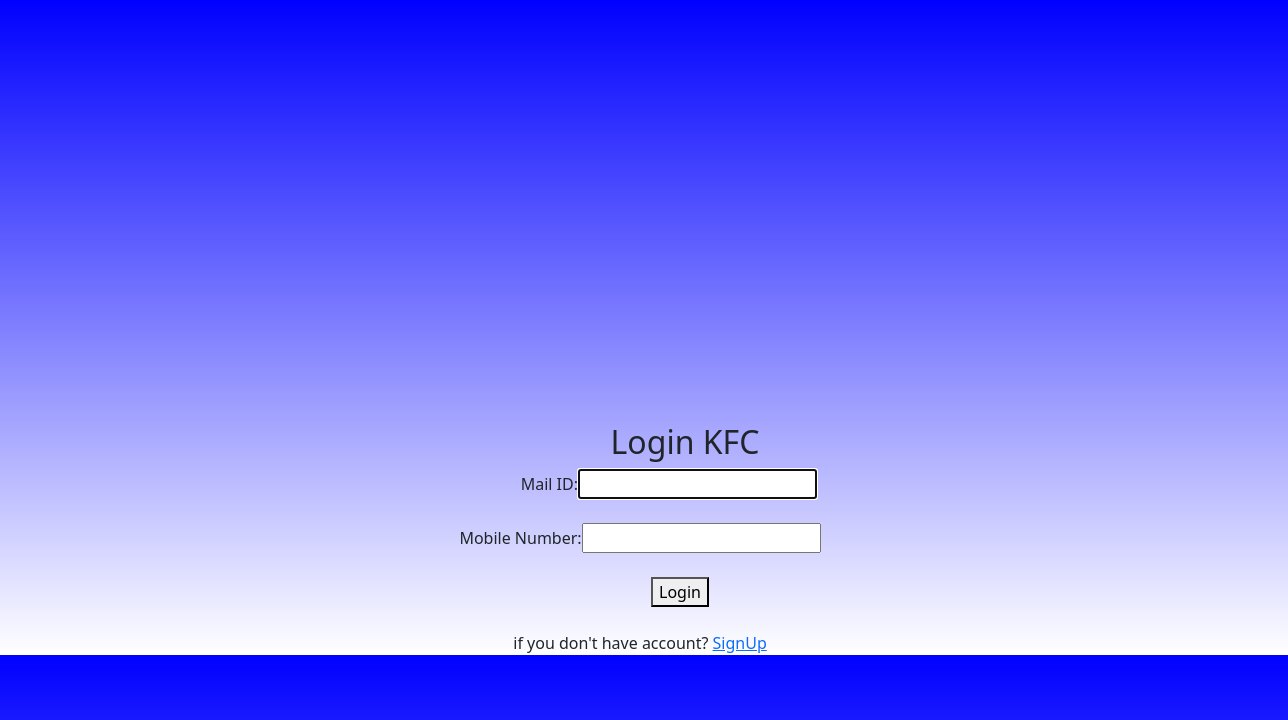
Repository: selvakumar46/Project-Maven
Page: http://localhost/ProjectKFC/login.jsp
The author's editor kept a copy of each file at every save. The page is drawn from the files as they stood at one save, then again after the next save.
The browser window is 1280 px wide. The page is 1288 px wide, so the pictures cover 1288 px, including what lies to the right of the window. The pictures show the whole page.
The page is served by Tomcat 9. Nobody is signed in. The application's start-up code is not run.

Above is the page before, as saved 2022-01-10 06:13:03.

After the next save:
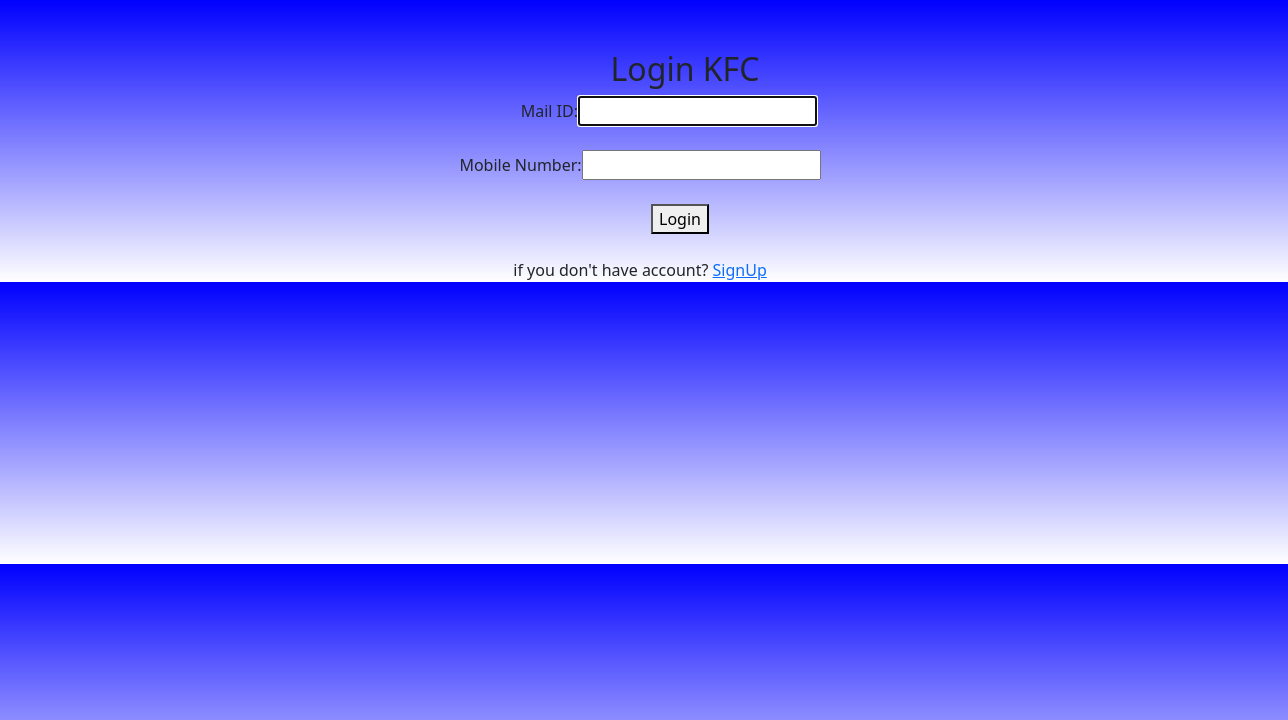
Saved 25 s later.
--- a/ProjectKFC/src/main/webapp/login.jsp
+++ b/ProjectKFC/src/main/webapp/login.jsp
@@ -19,7 +19,8 @@
 
 }
 .container{
-	margin-top:423px;
+	margin-top:0px;
+	marigon
 
 }
 h2{

After the save that followed:
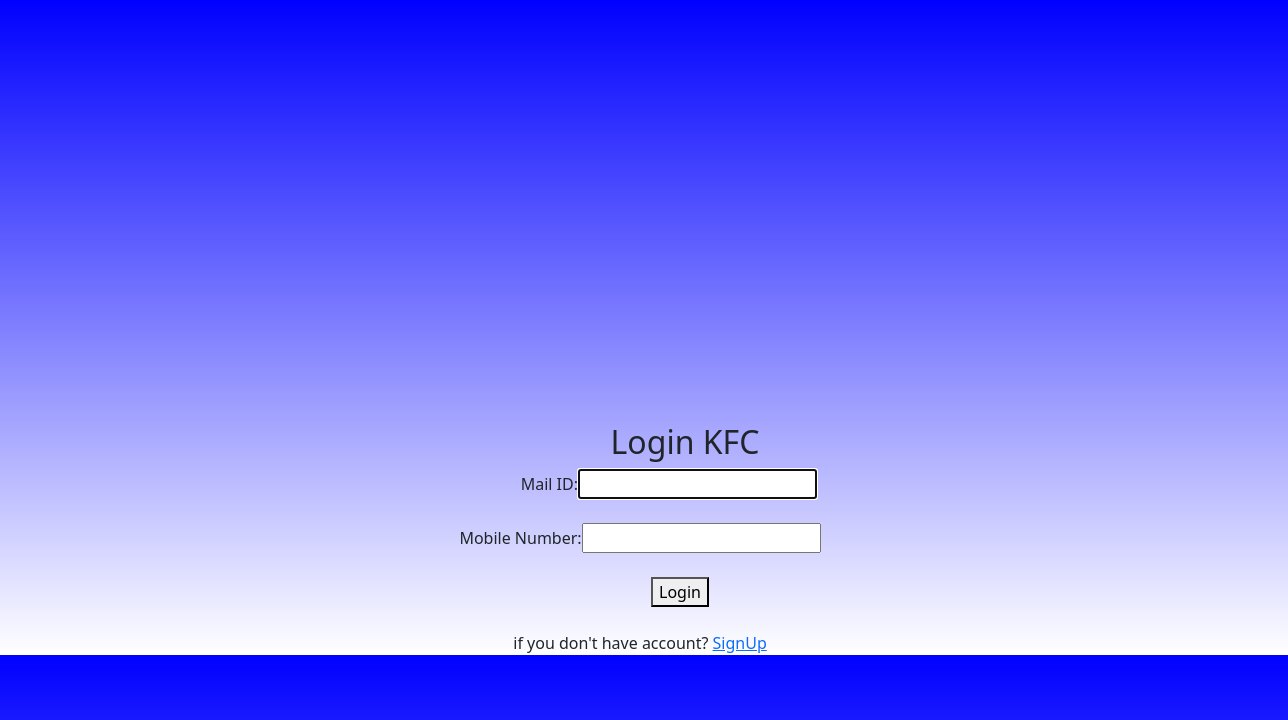
Saved 28 s later.
--- a/ProjectKFC/src/main/webapp/login.jsp
+++ b/ProjectKFC/src/main/webapp/login.jsp
@@ -19,7 +19,7 @@
 
 }
 .container{
-	margin-top:0px;
+	margin-top:423px;
 	marigon
 
 }
